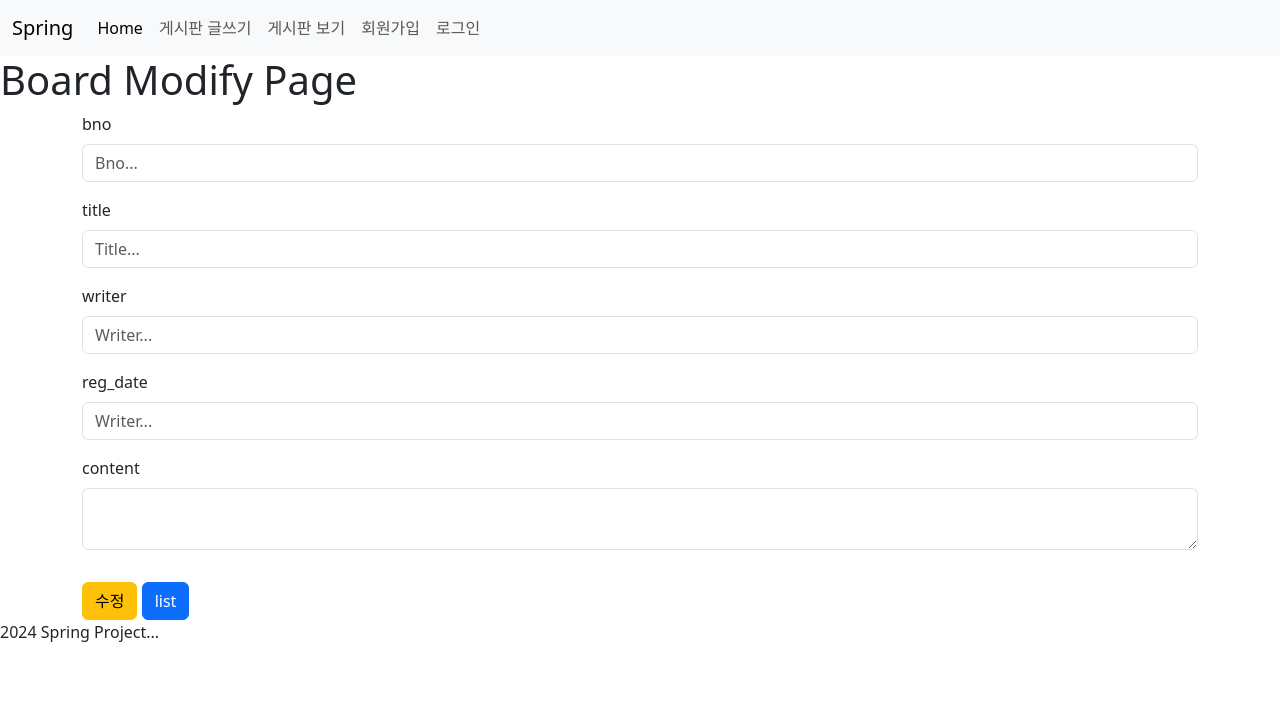
Repository: leechanggyu1118/Spring
Page: http://localhost/spring_study/WEB-INF/views/board/modify.jsp
The author's editor kept a copy of each file at every save. The page is drawn from the files as they stood at one save, then again after the next save.
The browser window is 1280 px wide. The pictures show the whole page.
The page is served by Tomcat 9. Nobody is signed in. The template is opened directly, without the code that normally fills it, so the values that code supplies are empty.

Above is the page before, as saved 2024-04-30 01:33:38.

After the next save:
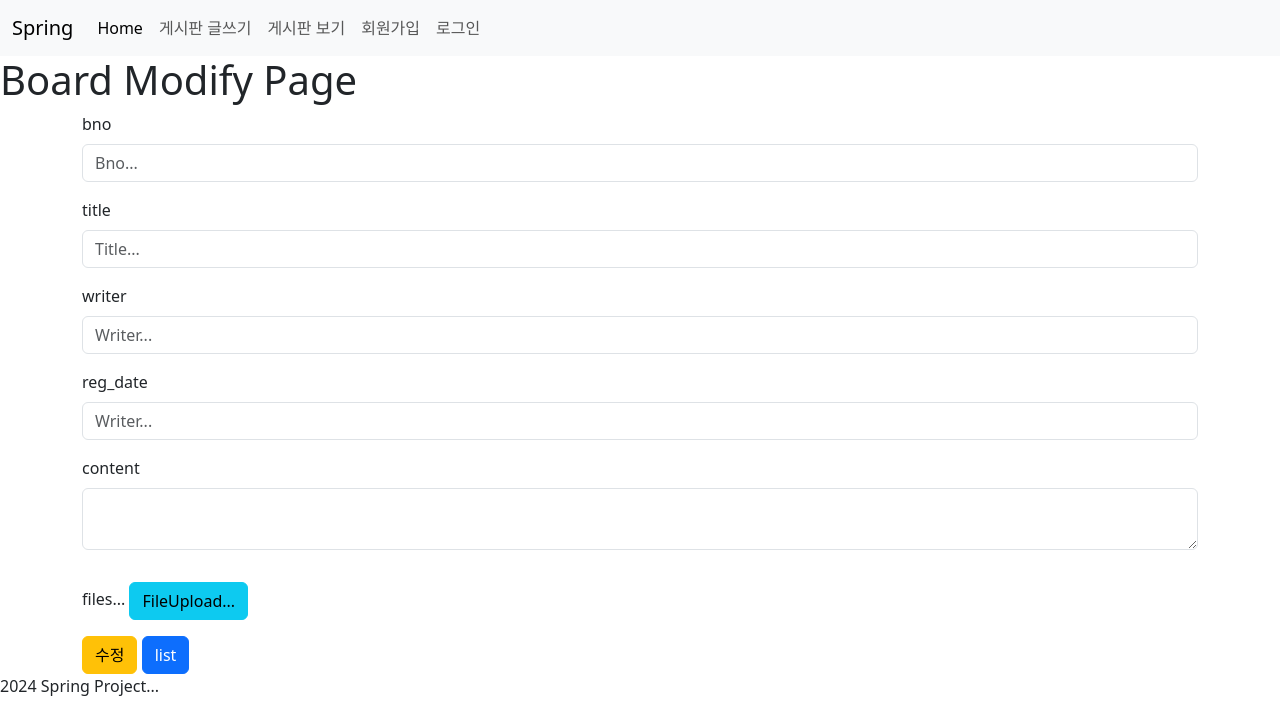
Saved 70 s later.
--- a/spring_study/src/main/webapp/WEB-INF/views/board/modify.jsp
+++ b/spring_study/src/main/webapp/WEB-INF/views/board/modify.jsp
@@ -71,7 +71,19 @@
 		</div>
 
 
-			<a><button type="submit" class="btn btn-warning">수정</button></a>
+			<!-- 파일 입력 라인 추가 -->
+         <div class="mb-3">
+            <label for="file" class="form-label">files...</label>
+            <input type="file" class="form-control" name="files" id="file" multiple="multiple" style="display: none;">
+            <button type="button" class="btn btn-info" id="trigger">FileUpload...</button>
+         </div>
+
+         <!-- 파일 목록 표시라인  -->
+         <div class="mb-3" id="fileZone">
+
+         </div>
+
+			<a><button type="submit" class="btn btn-warning" id="regBtn">수정</button></a>
 			<a href="/board/list"><button type="button" class="btn btn-primary">list</button></a>
 		</form>
 	</div>
